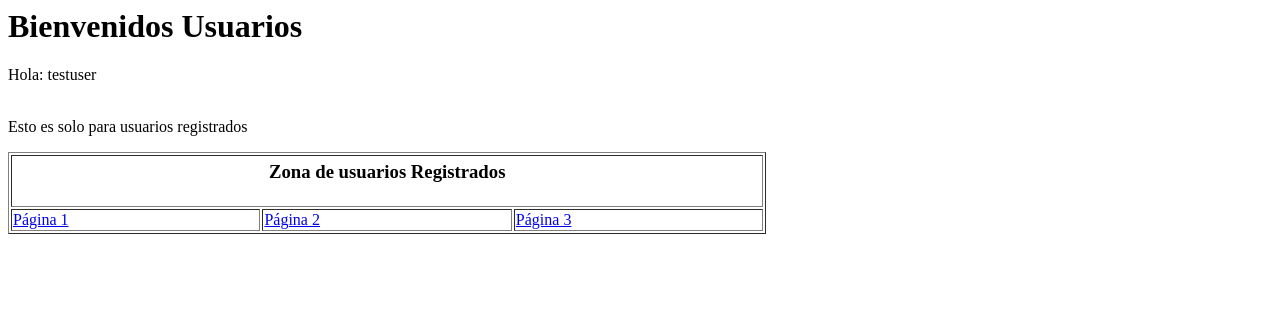
Repository: dasafo/PHP_MySQL_curso
Page: http://localhost/UsuariosRegistrados1.php
The author's editor kept a copy of each file at every save. The page is drawn from the files as they stood at one save, then again after the next save.
The browser window is 1280 px wide. The pictures show the whole page.
The page is run by PHP 8.4 with error messages shown; the project is at /var/www/html/. The session is filled in as if someone had signed in: {"usuario": "testuser"}. Other server files are loaded and not shown.

Above is the page before, as saved 2018-11-09 18:00:21.

### SistemaLogin_39/UsuariosRegistrados1.php
<!DOCTYPE HTML PUBLIC "-//W3C//DTD HTML 4.01 Frameset//EN">
<html>
<head>
<meta http-equiv="Content-Type" content="text/html; charset=UTF-8">
<title>Insert title here</title>
</head>

<body>

	<?php

	   session_start(); //reanudamos la sesión

	   if(!isset($_SESSION["usuario"])){ //lo hacemos para que no se pueda pegar esta pagina en otro navegador y poder entrar sin pasar por Password

	       header("Location:Login.php");
	   }


	?>

   <h1>Bienvenidos Usuarios</h1>

   <?php

    echo "Hola: " . $_SESSION["usuario"] . "<br><br>";

   ?>
   <p>Esto es solo para usuarios registrados</p>



   <table style="width: 60%;" border="1">
      <tbody>
        <tr align="center">
          <td rowspan="1" colspan="3" style="height: 52px;">
            <h3>Zona de usuarios Registrados</h3>
          </td>
        </tr>
        <tr>
          <td><a href="UsuariosRegistrados2.php">Página 1</a></td>
          <td><a href="UsuariosRegistrados3.php">Página 2</a></td>
          <td><a href="UsuariosRegistrados4.php">Página 3</a></td>
        </tr>
      </tbody>
    </table>

</body>

</html>

After the next save:
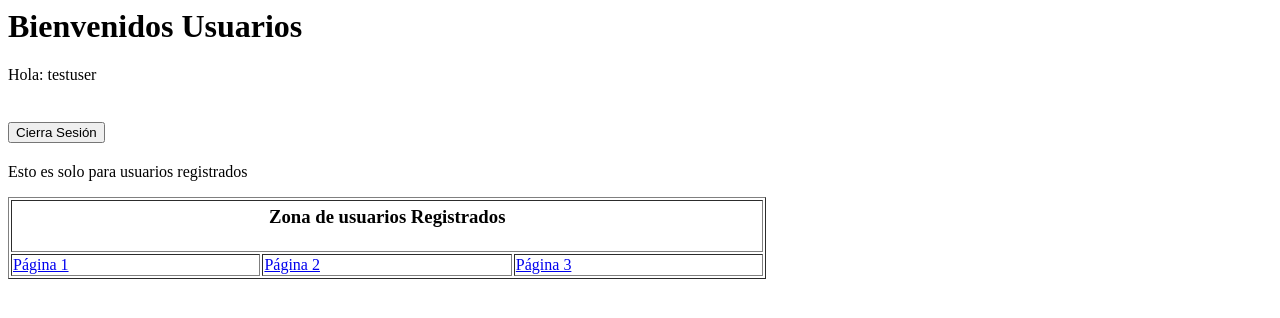
Saved 105 s later.
--- a/SistemaLogin_39/UsuariosRegistrados1.php
+++ b/SistemaLogin_39/UsuariosRegistrados1.php
@@ -26,6 +26,13 @@
     echo "Hola: " . $_SESSION["usuario"] . "<br><br>";
 
    ?>
+
+
+    <form action="Cierre.php">
+    <h2><input type="submit" value="Cierra Sesión" /></h2>
+	</form>
+
+
    <p>Esto es solo para usuarios registrados</p>
 
 
